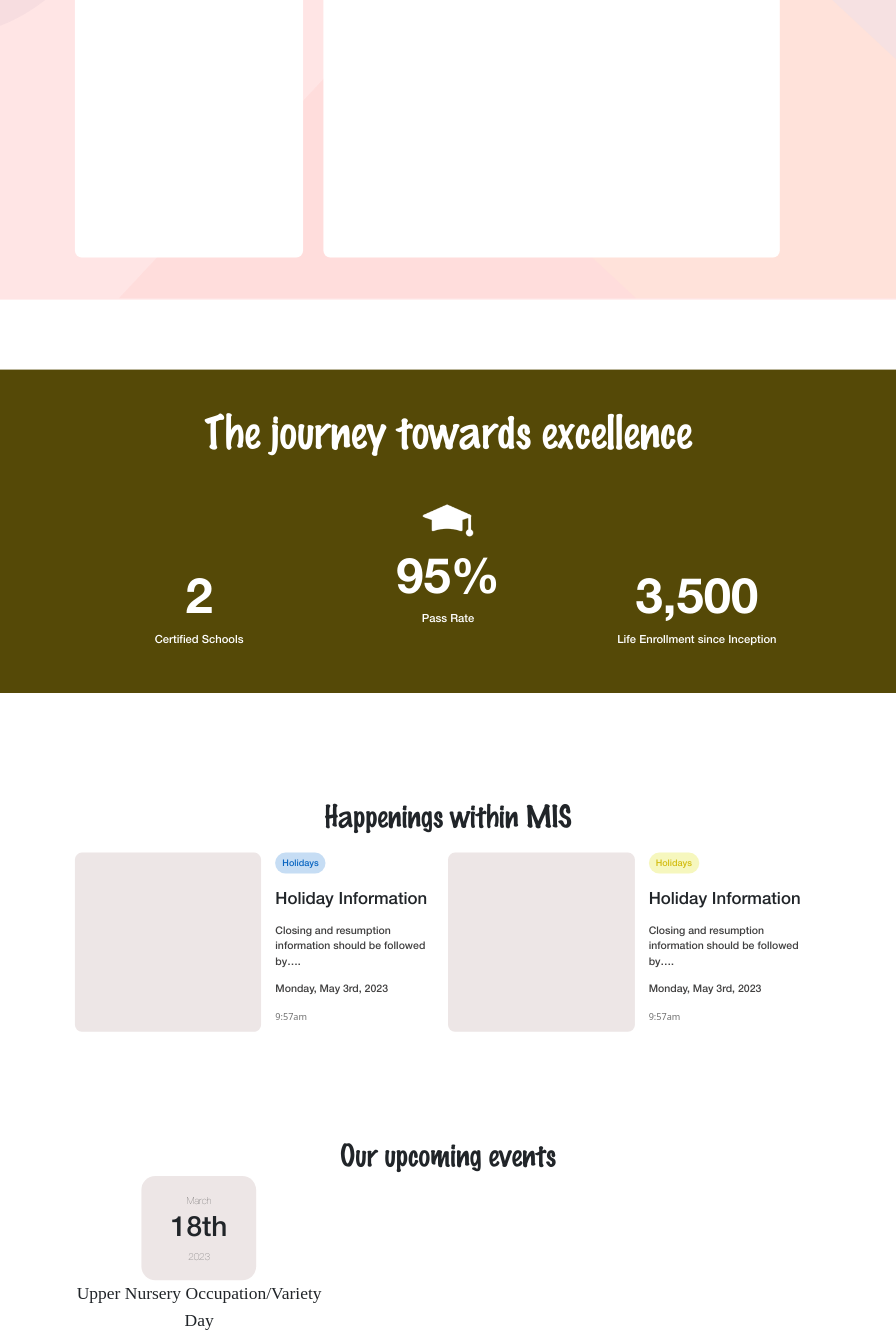
Repository: sarahnnanyelugo/MIGS
Page: /
The author's editor kept a copy of each file at every save. The page is drawn from the files as they stood at one save, then again after the next save.
The browser window is 1280 px wide. The pictures show the part of the page from y = 3530 to 5450 px (the page is 5450 px tall), at 70% of full size.
The project was rebuilt for these pictures with package versions that can differ from the ones it lists, and the page was loaded fresh each time.

Above is the page before, as saved 2023-05-30 14:09:36.

### src/index.js
import React from "react";
import ReactDOM from "react-dom/client";
import "./index.css";
import App from "./App";
import reportWebVitals from "./reportWebVitals";
import "bootstrap/dist/css/bootstrap.min.css";
import { BrowserRouter, Routes, Route, Link, Outlet } from "react-router-dom";
const root = ReactDOM.createRoot(document.getElementById("root"));
root.render(
  <BrowserRouter>
    <App />
  </BrowserRouter>
);

// If you want to start measuring performance in your app, pass a function
// to log results (for example: reportWebVitals(console.log))
// or send to an analytics endpoint. Learn more: https://bit.ly/CRA-vitals
reportWebVitals();

### src/App.js
import logo from "./logo.svg";
import "./App.scss";
import "bootstrap/dist/css/bootstrap.min.css";
import { BrowserRouter, Routes, Route, Link, Outlet } from "react-router-dom";
import Home from "./pages/Home/Home";
import ScrollToTop from "./components/scrollToTop";
import NavBar from "./components/NavBar/NavBar";
function App() {
  return (
    <>
      <ScrollToTop />
      <NavBar />
      <Routes>
        {" "}
        <Route path="/" element={<Home />} />
        {/* <Route path="tech-hub-page" element={<TechHub />} />
        <Route path="team-hire" element={<TeamHire />} />
        <Route path="hire-page" element={<HiringPage />} /> */}
      </Routes>
    </>
  );
}

export default App;

### src/App.scss
@font-face {
  font-family: maker;
  src: url(./assets/fonts/marker-felt/Marker-Felt.ttf);
}
@font-face {
  font-family: helveticaB;
  src: url(./assets/fonts/helvetica/HelveticaNeueBold.ttf);
}
@font-face {
  font-family: helveticaM;
  src: url(./assets/fonts/helvetica/HelveticaNeueMedium.ttf);
}
@font-face {
  font-family: helveticaR;
  src: url(./assets/fonts/helvetica/HelveticaNeueRegular.ttf);
}

h1,
h2,
h3,
h4,
h5,
h6 {
  font-family: maker;
}

### src/components/NavBar/NavBar.jsx
import React, { useEffect, useState, useRef } from "react";
import { Link, NavLink } from "react-router-dom";
import "./_navbar.scss";
import { useLocation } from "react-router-dom";
// import Icofont from "react-icofont";
import Logo from "../../assets/images/logo2.png";

function NavBar() {
  return (
    <>
      <div className="nav-container col-md-10 offset-md-1">
        {" "}
        <div className=" col-md-1 tech-logo-div">
          {" "}
          <img className="tech-logo" src={Logo} alt="Scholar" width="60%" />
        </div>
        <ul className="list-inline list-unstyled ">
          <li className="list-inline-item">
            <NavLink className="tech-links cool-link" to={"/"}>
              About
            </NavLink>
          </li>
          <li className="list-inline-item">
            <NavLink className="tech-links cool-link">Admission</NavLink>
          </li>
          <li className="list-inline-item">
            <NavLink className="tech-links cool-link">Academics</NavLink>
          </li>
          <li className="list-inline-item">
            <NavLink className="tech-links cool-link">IEC</NavLink>
          </li>{" "}
          <li className="list-inline-item">
            <NavLink className="tech-links cool-link">E-shop</NavLink>
          </li>
          <li className="list-inline-item">
            <NavLink className="tech-links cool-link">Gallery</NavLink>
          </li>
          <li className="list-inline-item">
            <button className="nav-btn">e-portal</button>
          </li>
        </ul>
      </div>
    </>
  );
}

export default NavBar;

### src/components/AppModal/AppModal.js
import "./_app-modal.scss";

// import ModalImg from "../../assets/read2.png";
// import SampleLogo from "../../assets/wellspring.png";

import React, { useEffect, useRef, useState } from "react";

export const AppModal = () => {
  const [showActive, setShowActive] = useState(false);
  const modalContainer = useRef(null);
  const bodyTag = useRef(null);

  useEffect(() => {
    setTimeout(() => {
      // modalContainer.addClass("two");
      // document.body.addClass("modal-active");
      setShowActive(true);
      // modalContainer.click(function () {
      // setShowActive(false);
      // this.addClass("out");
      // document.body.removeClass("modal-active");
      // });
    }, 2000);
  }, []);
  const setThisShowActive = () => {
    setShowActive(!showActive);
  };
  return (
    <>
      <div
        className={`col-md-2 my-app-modal-container ${
          showActive ? "modal-active" : ""
        }`}
      >
        <div
          ref={modalContainer}
          className={`col-md-12 ${showActive ? "two" : ""}`}
          id="modal-container"
        >
          <div className="modal-background col-md-12">
            <button onClick={setThisShowActive} className="close-btn">
              {/* <i class="icofont-close">x</i> */}X
            </button>

            <div className="modal col-md-10">
              <div className="col-md-12 ">
                <h2>Admission in progress</h2>
                <p>
                  Admission is currently on into Creche, Pre-school, Primary and
                  Secondary classes.
                </p>
                <buttton className="app-btn col-md-12">Apply Now</buttton>
              </div>{" "}
            </div>
          </div>
        </div>
      </div>
    </>
  );
};

### src/pages/Home/home.scss
@import "../../variables";
@import "../../shared-styles";
.landing-img {
  position: relative;
  text-align: left;
  color: #fff;
  height: 800px;
  background-color: grey;
}
.centered {
  position: absolute;
  top: 50%;
  left: 20%;

  transform: translate(-50%, -50%);
  h1 {
    font-size: 114px !important;
  }
}
.welcome-header {
  color: #707070;

  h1 {
    font-size: 60px;
  }
}
.welcome-paragraph {
  p {
    color: #707070;
    font-family: helveticaM;
  }
}
.welcome-div {
  height: 800px;
  background: url("../../assets/images/curly.png");
  background-size: contain;
  background-repeat: no-repeat;
}
.section-div {
  margin-top: -280px;

  h1 {
    font-size: 60px;
    color: #707070;
  }
}
.sections-container {
  position: relative;
  text-align: center;
  margin-bottom: 50px;
  border-radius: 10px;
  height: 358px;
}
.bottom-left {
  position: absolute;
  bottom: 8px;
  left: 16px;
}
.early-years {
  background: #ff5252;
  color: #fff;
}
.primary {
  background: #f2e15f;
  color: #000;
}
.special {
  background: #838383;
  color: #fff;
}
.junior {
  background: #2ebbef;
  color: #fff;
}
.senior {
  background: #30eaa9;
  color: #000;
}
.birthright-div {
  background: url("../../assets/images/pink-bg.png");
  background-size: cover;
  background-repeat: no-repeat;
  padding: 60px 0;
  margin: 100px 0;
  h1 {
    margin-bottom: 20px;
  }
  span {
    color: $red;
    font-size: 60px;
  }
  color: #707070;
  p {
    font-family: helveticaM;
    margin-bottom: 100px;
  }
  .img-div {
    height: 487px;
    border-radius: 10px;
    background: #fff;
  }
}
.stats-div {
  background: #554907;
  padding: 50px 0;
  h1 {
    color: #fff;
    font-size: 60px;
    // margin-bottom: 40px;
  }
  .stats {
    h1 {
      color: #fff;
      font-size: 70px;
      font-family: helveticaB;
    }
    p {
      color: #fff;
      font-family: helveticaM;
    }
  }
}
.news-div {
  margin-bottom: 50px;
  .img-div2 {
    background: #ede6e6;
    border-radius: 10px;
    height: 256px;
  }
  .news-details {
    padding: 0 0 0 20px;
    h4 {
      font-family: helveticaM;
      margin: 20px 0;
    }
    button {
      border: none;
      width: 72px;
      height: 30px;
      font-size: 13px;
      font-family: helveticaM;
      border-radius: 35px;
    }
    p {
      font-family: helveticaM;
      color: #414040;
      font-size: 15px;
    }
    small {
      font-size: 13px;
      color: #707070;
    }
    .holidays {
      background: #c6ddf4;
      color: #0b66c1;
    }
    .events {
      background: #f6f7be;
      color: #d3bd13;
    }
  }
}
.events-container {
  height: 149px;
  background: #ede6e6;
  width: 164px;
  border-radius: 20px;
  padding-top: 22px;
  h1 {
    font-family: helveticaM;
  }
  small {
    font-family: helveticaR;
    color: #414040;
  }
}
.upcoming-div {
  p {
    font-family: helveticaMS;
    font-size: 25px;
  }
}

### src/pages/Home/Events.js
import React from "react";

function Events({ day, year, month }) {
  return (
    <div className="events-container">
      <center>
        <small>{month}</small>
        <h1>{day}</h1>
        <small>{year}</small>
      </center>
    </div>
  );
}

export default Events;

### src/components/NavBar/_navbar.scss
@import "../../variables";
@import "../../shared-styles";

.nav-container {
  display: flex;
  padding-top: 20px;
  position: relative;
  z-index: 2 !important;
  padding-bottom: 0;
  height: 90px;
  background-color: #fff !important;
  ul li {
    margin-top: 0px !important;
  }
  .nav-btn {
    @include app-btn;
    padding: 8px 40px;
    // margin-top: 0 !important;
    border: none;
  }
  .tech-logo-div {
    flex-grow: 1 !important;
    margin-top: -10px;
  }
  .tech-links {
    color: #000;
    text-decoration: none;
    font-family: helveticaM;
    margin: 0px 28px !important;
    &:hover {
      color: $red;
    }
  }
}

### src/components/AppModal/_app-modal.scss
@import "../../variables";
@import "../../shared-styles";

.my-app-modal-container {
  position: relative;
  z-index: 3000 !important;
  .close-btn {
    right: 39% !important;
    background: grey !important;
    border-radius: 100%;
    position: relative;
    float: right;
    height: 30px !important;
    width: 30px !important;
    font-size: 15px;
    font-weight: bold;
    color: #fff !important;
    margin-top: -25px;

    background: transparent;
    border: none;
    z-index: 4000;
    &:hover {
      color: $lightblue !important;
    }
    @media screen and (max-width: 620px) {
      right: 5% !important;
      margin-top: 20px;
    }
  }
  * {
    box-sizing: border-box;
  }

  html,
  body,
  .my-app-modal-container {
    min-height: 100%;
    height: 100%;

    &.modal-active {
      overflow: hidden;
    }
  }

  #modal-container {
    position: fixed;
    display: table;
    height: 100%;
    width: 100%;
    top: 0;
    left: 0;
    transform: scale(0);
    z-index: 1;

    &.two {
      transform: scale(1);
      .modal-background {
        background: rgba(0, 0, 0, 0);
        animation: fadeIn 0.5s cubic-bezier(0.165, 0.84, 0.44, 1) forwards;
        .modal {
          opacity: 0;
          animation: scaleUp 1s cubic-bezier(0.165, 0.84, 0.44, 1) forwards;
          background: #fff !important;
          border-radius: 10px;
          width: 25%;
          height: 70%;
          top: 0px;
          padding: 20px;
          @media screen and (max-width: 620px) {
            height: fit-content;
            width: 90%;
            top: 70px;
          }
          color: black;

          p {
            text-align: center !important;
            font-family: helveticaM;
            font-size: 14px;
          }
          h2 {
            font-family: helveticaB;
          }
        }
      }
      + .content {
        animation: scaleBack 0.5s cubic-bezier(0.165, 0.84, 0.44, 1) forwards;
      }
      &.out {
        animation: quickScaleDown 0s 0.5s linear forwards;
        .modal-background {
          animation: fadeOut 0.5s cubic-bezier(0.165, 0.84, 0.44, 1) forwards;
          .modal {
            animation: scaleDown 0.5s cubic-bezier(0.165, 0.84, 0.44, 1)
              forwards;
          }
        }
        + .content {
          animation: scaleForward 0.5s cubic-bezier(0.165, 0.84, 0.44, 1)
            forwards;
        }
      }
    }

    .modal-background {
      display: table-cell;
      background: rgba(0, 0, 0, 0.6);
      text-align: center;
      vertical-align: middle;
      .modal {
        background: white;
        padding: 30px 0;
        display: inline-block;
        position: relative;

        .modal-svg {
          position: absolute;
          top: 0;
          left: 0;
          height: 100%;
          width: 100%;
          border-radius: 3px;
          rect {
            stroke: #fff;
            stroke-width: 2px;
            stroke-dasharray: 778;
            stroke-dashoffset: 778;
          }
        }
      }
    }
  }

  @keyframes unfoldIn {
    0% {
      transform: scaleY(0.005) scaleX(0);
    }
    50% {
      transform: scaleY(0.005) scaleX(1);
    }
    100% {
      transform: scaleY(1) scaleX(1);
    }
  }

  @keyframes unfoldOut {
    0% {
      transform: scaleY(1) scaleX(1);
    }
    50% {
      transform: scaleY(0.005) scaleX(1);
    }
    100% {
      transform: scaleY(0.005) scaleX(0);
    }
  }

  @keyframes zoomIn {
    0% {
      transform: scale(0);
    }
    100% {
      transform: scale(1);
    }
  }

  @keyframes zoomOut {
    0% {
      transform: scale(1);
    }
    100% {
      transform: scale(0);
    }
  }

  @keyframes fadeIn {
    0% {
      background: rgba(0, 0, 0, 0);
    }
    100% {
      background: rgba(0, 0, 0, 0.7);
    }
  }

  @keyframes fadeOut {
    0% {
      background: rgba(0, 0, 0, 0.7);
    }
    100% {
      background: rgba(0, 0, 0, 0);
    }
  }

  @keyframes scaleUp {
    0% {
      transform: scale(0.8) translateY(1000px);
      opacity: 0;
    }
    100% {
      transform: scale(1) translateY(0px);
      opacity: 1;
    }
  }

  @keyframes scaleDown {
    0% {
      transform: scale(1) translateY(0px);
      opacity: 1;
    }
    100% {
      transform: scale(0.8) translateY(1000px);
      opacity: 0;
    }
  }

  @keyframes scaleBack {
    0% {
      transform: scale(1);
    }
    100% {
      transform: scale(0.85);
    }
  }

  @keyframes scaleForward {
    0% {
      transform: scale(0.85);
    }
    100% {
      transform: scale(1);
    }
  }

  @keyframes quickScaleDown {
    0% {
      transform: scale(1);
    }
    99.9% {
      transform: scale(1);
    }
    100% {
      transform: scale(0);
    }
  }

  @keyframes slideUpLarge {
    0% {
      transform: translateY(0%);
    }
    100% {
      transform: translateY(-100%);
    }
  }

  @keyframes slideDownLarge {
    0% {
      transform: translateY(-100%);
    }
    100% {
      transform: translateY(0%);
    }
  }

  @keyframes moveUp {
    0% {
      transform: translateY(150px);
    }
    100% {
      transform: translateY(0);
    }
  }

  @keyframes moveDown {
    0% {
      transform: translateY(0px);
    }
    100% {
      transform: translateY(150px);
    }
  }

  @keyframes blowUpContent {
    0% {
      transform: scale(1);
      opacity: 1;
    }
    99.9% {
      transform: scale(2);
      opacity: 0;
    }
    100% {
      transform: scale(0);
    }
  }

  @keyframes blowUpContentTwo {
    0% {
      transform: scale(2);
      opacity: 0;
    }
    100% {
      transform: scale(1);
      opacity: 1;
    }
  }

  @keyframes blowUpModal {
    0% {
      transform: scale(0);
    }
    100% {
      transform: scale(1);
    }
  }

  @keyframes blowUpModalTwo {
    0% {
      transform: scale(1);
      opacity: 1;
    }
    100% {
      transform: scale(0);
      opacity: 0;
    }
  }

  @keyframes roadRunnerIn {
    0% {
      transform: translateX(-1500px) skewX(30deg) scaleX(1.3);
    }
    70% {
      transform: translateX(30px) skewX(0deg) scaleX(0.9);
    }
    100% {
      transform: translateX(0px) skewX(0deg) scaleX(1);
    }
  }

  @keyframes roadRunnerOut {
    0% {
      transform: translateX(0px) skewX(0deg) scaleX(1);
    }
    30% {
      transform: translateX(-30px) skewX(-5deg) scaleX(0.9);
    }
    100% {
      transform: translateX(1500px) skewX(30deg) scaleX(1.3);
    }
  }

  @keyframes sketchIn {
    0% {
      stroke-dashoffset: 778;
    }
    100% {
      stroke-dashoffset: 0;
    }
  }

  @keyframes sketchOut {
    0% {
      stroke-dashoffset: 0;
    }
    100% {
      stroke-dashoffset: 778;
    }
  }

  @keyframes modalFadeIn {
    0% {
      background-color: transparent;
    }
    100% {
      background-color: white;
    }
  }

  @keyframes modalFadeOut {
    0% {
      background-color: white;
    }
    100% {
      background-color: transparent;
    }
  }

  @keyframes modalContentFadeIn {
    0% {
      opacity: 0;
      top: -20px;
    }
    100% {
      opacity: 1;
      top: 0;
    }
  }

  @keyframes modalContentFadeOut {
    0% {
      opacity: 1;
      top: 0px;
    }
    100% {
      opacity: 0;
      top: -20px;
    }
  }

  @keyframes bondJamesBond {
    0% {
      transform: translateX(1000px);
    }
    80% {
      transform: translateX(0px);
      border-radius: 75px;
      height: 75px;
      width: 75px;
    }
    90% {
      border-radius: 3px;
      height: 182px;
      width: 247px;
    }
    100% {
      border-radius: 3px;
      height: 162px;
      width: 227px;
    }
  }

  @keyframes killShot {
    0% {
      transform: translateY(0) rotate(0deg);
      opacity: 1;
    }
    100% {
      transform: translateY(300px) rotate(45deg);
      opacity: 0;
    }
  }

  @keyframes fadeToRed {
    0% {
      background-color: rgba(black, 0.6);
    }
    100% {
      background-color: rgba(red, 0.8);
    }
  }

  @keyframes slowFade {
    0% {
      opacity: 1;
    }
    99.9% {
      opacity: 0;
      transform: scale(1);
    }
    100% {
      transform: scale(0);
    }
  }
}

### src/_variables.scss
$yellow: rgb(255, 210, 16);
$red: #ff5252;
$skyblue: rgb(83, 180, 242);
$lightblue: rgb(12, 99, 177);
$lightblue2: rgb(12, 88, 160);
$lighterblue: rgb(211, 236, 252);
$deepblue2: rgb(0, 79, 157);
$mainblue: rgb(1, 71, 141);

@mixin app-btn {
  color: #fff;
  border-radius: 35px;
  padding: 8px 130px;
  font-size: 14px;
  background: $red;

  font-family: helveticaM;
  &:hover {
    background: #c90e0e;
    transition: 0.5s ease;
  }
}

### src/_shared-styles.scss
@import "./variables";

@media screen and (max-width: 620px) {
  .flexyM {
    display: flex !important;
  }
  .side-menu {
    display: none !important;
  }
  .page-body {
    padding: 20px;
  }

  .dn {
    display: none;
  }
  .holder img {
    height: 200px;
    margin-top: 40px !important;
  }
  .overlay {
    bottom: -30px !important;
  }
  .m-margin {
    margin-top: 0 !important;
    margin-bottom: 0 !important;
  }
  .navigations {
    display: none;
  }
  .breadcrum {
    margin-top: 350px !important;
  }
}
@media screen and (min-width: 620px) {
  .flexy {
    display: flex;
  }
  .spread {
    display: flex;
  }
  // {
  //   display:none;
  // }
}

/* Container needed to position the overlay. Adjust the width as needed */
.holder {
  position: relative;
  width: 100%;
}

.side-nav2 {
  @media screen and (max-width: 620px) {
    padding: 0 10px 0;
  }
}
.br {
  border-radius: 10px;
}
.mt1 {
  margin-top: 10px;
}
.mt2 {
  margin-top: 20px;
}
.mt3 {
  margin-top: 30px;
}
.mt4 {
  margin-top: 40px;
}
.mt5 {
  margin-top: 50px;
}
.mt6 {
  margin-top: 60px;
}
.mt7 {
  margin-top: 70px;
}
.mt8 {
  margin-top: 80px;
}
.mt9 {
  margin-top: 90px;
}
.mt {
  margin-top: 120px;
}
.mtt {
  margin-top: 150px;
}
.mr1 {
  margin-right: 10px;
}
.mr2 {
  margin-right: 20px;
}
.mr3 {
  margin-right: 30px;
}
.mr4 {
  margin-right: 40px;
}
.mr5 {
  margin-right: 50px;
}
.mr6 {
  margin-right: 60px;
}
.mr7 {
  margin-right: 70px;
}
.mb1 {
  margin-bottom: 10px;
}
.mb2 {
  margin-bottom: 20px;
}
.mb3 {
  margin-bottom: 30px;
}
.mb4 {
  margin-bottom: 40px;
}
.mb5 {
  margin-bottom: 50px;
}
.mb6 {
  margin-bottom: 60px;
}
.ml2 {
  margin-left: 20px;
}
.ml3 {
  margin-left: 30px;
}
.ml4 {
  margin-left: 40px;
}
.ml5 {
  margin-left: 50px;
}
.ml6 {
  margin-left: 60px;
}

.app-btn {
  @include app-btn;
  width: 100% !important;
}
.tac {
  text-align: center;
}
.normal-link {
  font-family: helveticaM;
  color: black !important;
  text-decoration: none;
}

Loaded but not shown: public/index.html (common file); src/index.css (common file); src/reportWebVitals.js (common file); src/components/scrollToTop.js (common file); src/pages/Home/Home.js (302 lines, source omitted)

After the next save:
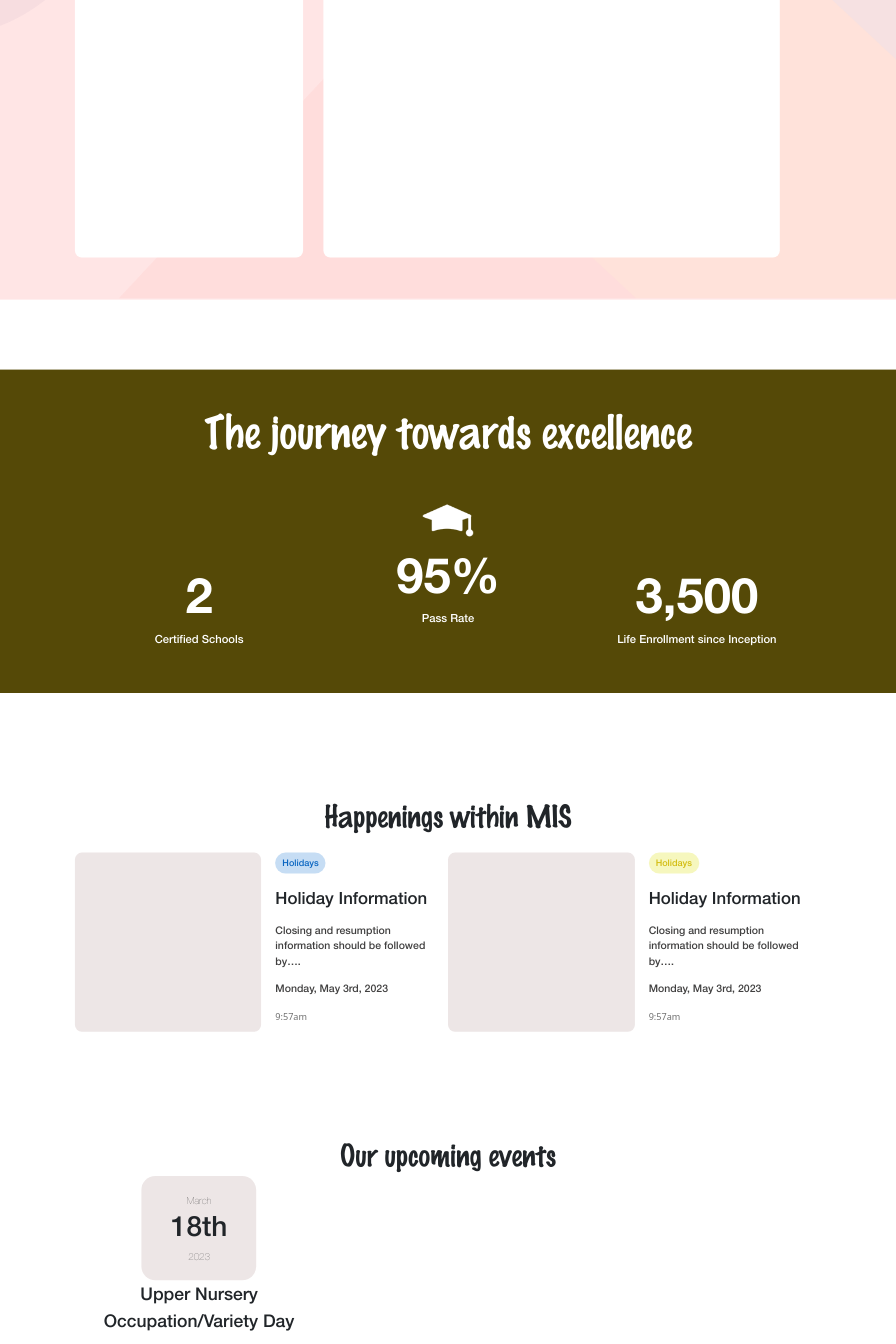
Saved 17 s later.
--- a/src/pages/Home/home.scss
+++ b/src/pages/Home/home.scss
@@ -176,7 +176,7 @@
 }
 .upcoming-div {
   p {
-    font-family: helveticaMS;
+    font-family: helveticaM;
     font-size: 25px;
   }
 }
